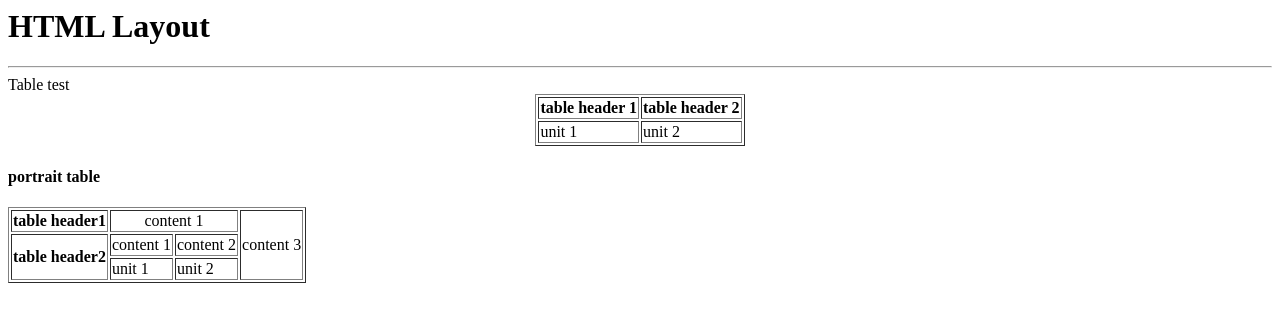
Repository: libelosophy/anjoyo
Page: workspace/QTalk/WebContent/html/table.html
These files come from the project's save history. The page is drawn as it stood at one moment and after the next save; the edit follows.
The browser window is 1280 px wide. The pictures show the whole page.

Above is the page before, as saved 2013-09-09 11:34:54.

After the next save:
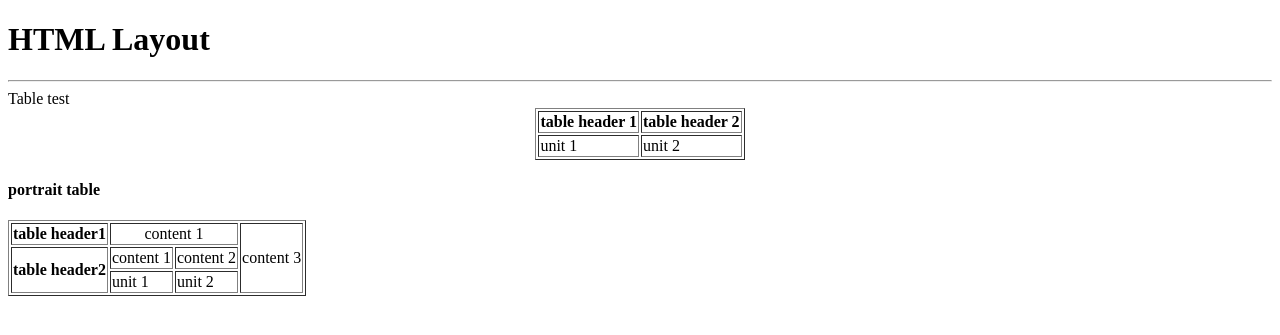
Saved 2 min 8 s later.
--- a/workspace/QTalk/WebContent/html/table.html
+++ b/workspace/QTalk/WebContent/html/table.html
@@ -1,3 +1,4 @@
+<!DOCTYPE html>
 <html>
 <head>
 <title>HTML Layout</title>
